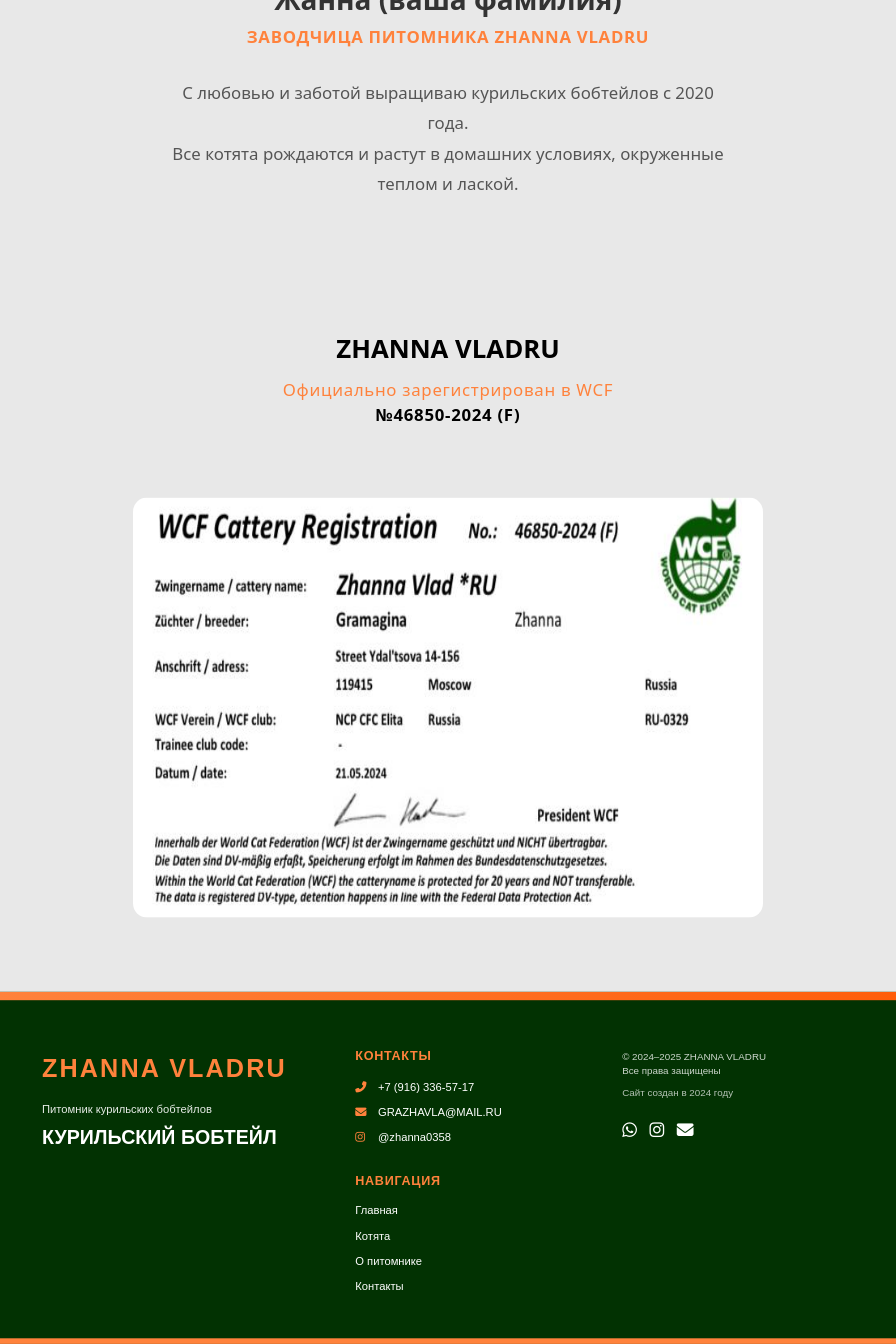
Repository: uliana007/Kuril-bobtails
Page: pages/benefits.html
An editor plug-in stored every save of this project. The page is shown before and after the next save, followed by the edit.
The browser window is 1280 px wide. The pictures show the part of the page from y = 1077 to 2997 px (the page is 2997 px tall), at 70% of full size.
A picture or video elsewhere on the page could not be fetched, so the positions and the page height are approximate.

Above is the page before, as saved 2025-11-27 19:38:51.
Console error: TypeError: Cannot read properties of null (reading 'addEventListener')

After the next save:
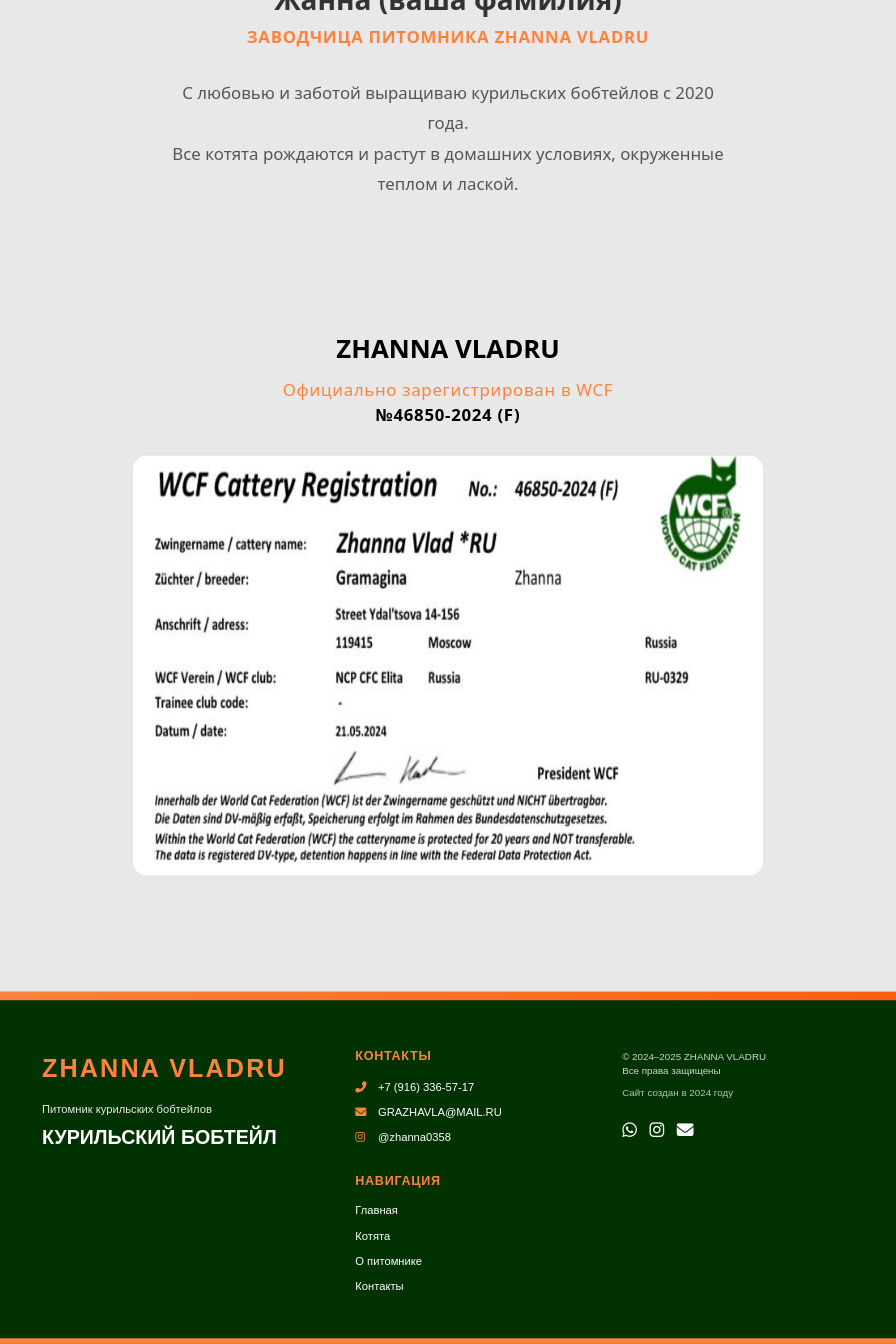
Saved 45 s later.
--- a/pages/benefits.html
+++ b/pages/benefits.html
@@ -205,13 +205,8 @@
                 <strong>№46850-2024 (F)</strong>
             </p>
         </div>
-    </section>
-
-<!-- Секция сертификата -->
-<section id="kittens" class="kittens-section">
-
-    <div class="container text-center">
-        <div class="kitten-card">
+
+
             <div class="kitten-image">
                 <img src="/image/sertification.jpg" alt="сертификат">
             </div>
